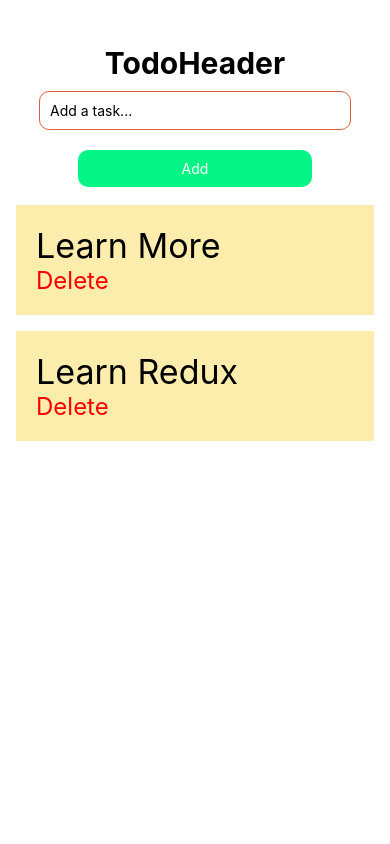
Repository: itadori17/Redux-Todo
Screen: /
The author's editor kept a copy of each file at every save. The screen is drawn from the files as they stood at one save, then again after the next save.
The app was drawn by React Native's web renderer in a window 390 px wide. The project was rebuilt for these pictures with package versions that can differ from the ones it lists, and the page was loaded fresh each time.

Above is the screen before, as saved 2022-08-16 16:57:52.

After the next save:
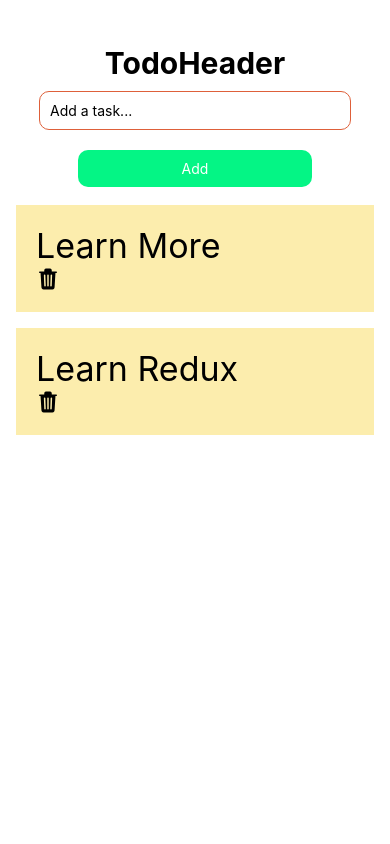
Saved 12 s later.
--- a/src/components/TodoList.js
+++ b/src/components/TodoList.js
@@ -23,7 +23,7 @@ const renderItem = ({ item } )=> {
                 deleteItem(item.id)
              }}
             >
-            <Text style={styles.delete}>Delete</Text>
+            <Ionicons name="trash" size={24} color="black" />
             </TouchableOpacity>
 
         </View>
